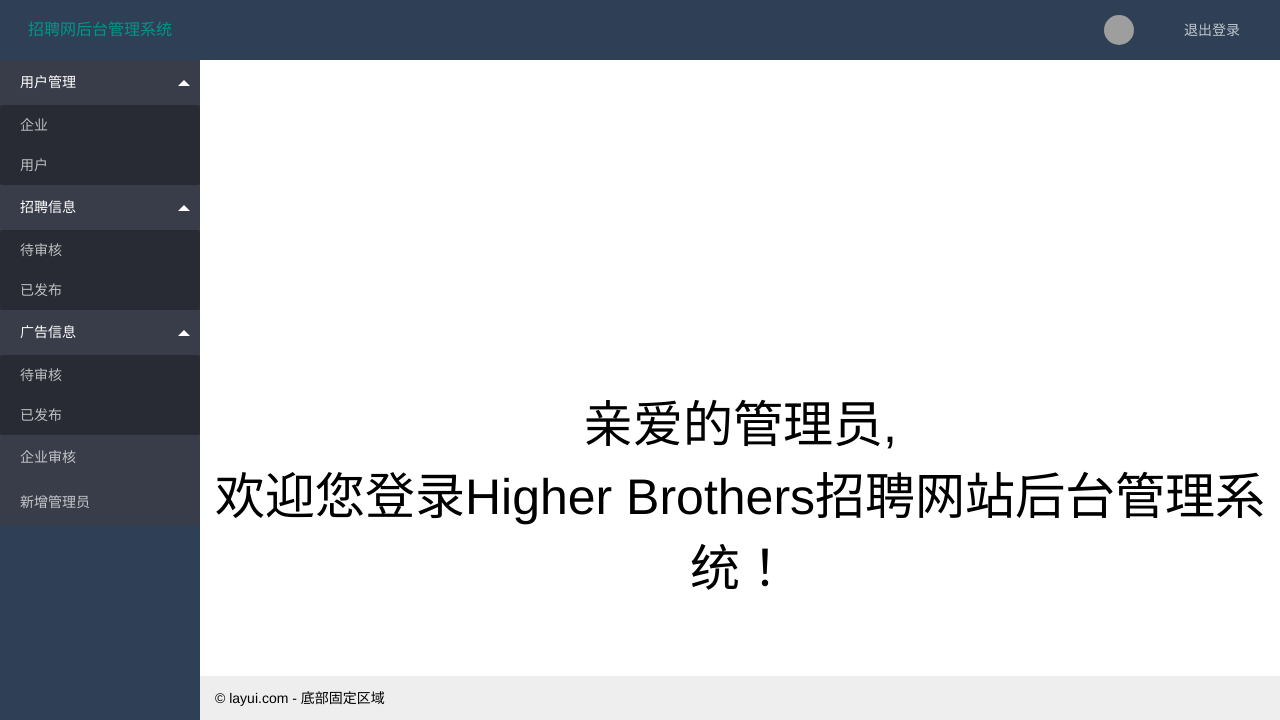
Repository: LongJinhe-coder/java-web-
Page: http://localhost/projectDemo7.30/adminhome.jsp
The author's editor kept a copy of each file at every save. The page is drawn from the files as they stood at one save, then again after the next save.
The browser window is 1280 px wide. The pictures show the whole page.
Pictures or frames that could not be fetched are drawn as grey boxes. The page is served by Tomcat 9. Other server files are loaded and not shown.

Above is the page before, as saved 2020-07-30 01:40:09.

### MyEclipse CI/projectDemo7.30/WebRoot/adminhome.jsp
<%@ page language="java" import="java.util.*" pageEncoding="UTF-8"%>
<%@ page import="com.etc.entity.*" %>
<%
String path = request.getContextPath();
String basePath = request.getScheme()+"://"+request.getServerName()+":"+request.getServerPort()+path+"/";
%>

<!DOCTYPE html HTML PUBLIC "-//W3C//DTD HTML 4.01 Transitional//EN">
<html>
<head>
  <meta charset="utf-8">
  <meta name="viewport" content="width=device-width, initial-scale=1, maximum-scale=1">
  <title>招聘网后台管理</title>
  <link rel="stylesheet" href="layui/css/layui.css">
</head>


<body class="layui-layout-body">
<%
	String loadPageUrl = "index.jsp";
	String adminName = (String)request.getAttribute("adminname");
  if(session.getAttribute("url")!=null){
  loadPageUrl = (String)session.getAttribute("url");
  }
  //if(loadPageUrl.equals("jobSeekers.jsp")){//根据loadPageUrl不同给不同界面传递不同的list
  // List<User> list = (List<User>)request.getAttribute("userlist");
  //}
	PageData pagedata = (PageData)request.getAttribute("pagedata");
  	System.out.println("adminhome-pagedata="+pagedata);
  	String adminname = (String)session.getAttribute("adminname");
 %>
<div class="layui-layout layui-layout-admin">
  <div class="layui-header layui-bg-cyan">
    <div class="layui-logo">招聘网后台管理系统</div>
    <!-- 头部区域（可配合layui已有的水平导航） -->

    <ul class="layui-nav layui-layout-right ">
      <li class="layui-nav-item layui-bg-cyan">
        <a href="javascript:;">
          <img src="http://t.cn/RCzsdCq" class="layui-nav-img">
           ${adminname}
        </a>
      </li>
      <li class="layui-nav-item"><a href="login.jsp">退出登录</a></li>
    </ul>
  </div>

  <div class="layui-side  layui-bg-cyan">
    <div class="layui-side-scroll">
      <!-- 左侧导航区域（可配合layui已有的垂直导航） -->
      <ul class="layui-nav layui-nav-tree"  lay-filter="test">
        <li class="layui-nav-item layui-nav-itemed">
          <a class="" href="javascript:">用户管理</a>
          <dl class="layui-nav-child">
            <dd><a href="javascript:getFirm('firmAccount.jsp');">企业</a></dd>
            <dd><a href="javascript:getUser('userAccount.jsp');">用户</a></dd>
          </dl>
        </li>
        <li class="layui-nav-item layui-nav-itemed">
          <a href="javascript:">招聘信息</a>
          <dl class="layui-nav-child">
            <dd><a href="javascript:checkRecruitment('checkRecruitment.jsp','未审核');">待审核</a></dd>
            <dd><a href="javascript:checkRecruitment('publishedRecruitment.jsp','已发布');">已发布</a></dd>
          </dl>
        </li>
        <li class="layui-nav-item layui-nav-itemed">
          <a href="javascript:;">广告信息</a>
          <dl class="layui-nav-child">
            <dd><a href="javascript:changeUrl('displayFirmResume.jsp');">待审核</a></dd>
            <dd><a href="javascript:;">已发布</a></dd>
          </dl>
        </li>
        <li class="layui-nav-item"><a href="javascript:getFirm('checkFirmRegister.jsp');">企业审核</a></li>
        <li class="layui-nav-item"><a href="javascript:changeUrl('addAdmin.jsp')">新增管理员</a></li>
      </ul>

    </div>
  </div>

  <div class="layui-body">
    <!-- 内容主体区域 -->
 <div style="margin-top: 20px">
 <jsp:include page="<%=loadPageUrl %>" flush="true">
 <jsp:param value="${pagedata}" name="pagedata"/>
 <jsp:param value="${adminname}" name="adminname"/>
 </jsp:include>
 </div>

  </div>

  <div class="layui-footer">
    <!-- 底部固定区域 -->
    © layui.com - 底部固定区域
  </div>
</div>
<script src="layui/layui.js"></script>
<script type="text/javascript">
//JavaScript代码区域
layui.use('element', function(){
  var element = layui.element;

});

function changeUrl(name){

console.log("name=",name);
	location.href="ChangeUrlServlet?url="+name+"";

}
function getUser(url){
	location.href="UserServlet?option=queryByPage&url="+url+"";
}

function getFirm(url){
	location.href="FirmServlet?option=queryByPage&url="+url+"";
}

function checkRecruitment(url,checkStatus){
	location.href="RecruitmentInfo?option=queryByPageAdmin&url="+url+"&checkStatus="+checkStatus+"";
}

</script>
</body>
</html>

### MyEclipse CI/projectDemo7.30/WebRoot/index.jsp
<%@ page language="java" import="java.util.*" pageEncoding="UTF-8"%>
<%
String path = request.getContextPath();
String basePath = request.getScheme()+"://"+request.getServerName()+":"+request.getServerPort()+path+"/";
%>

<!DOCTYPE HTML PUBLIC "-//W3C//DTD HTML 4.01 Transitional//EN">
<html>
  <head>
  <meta charset="utf-8">
  <title>Layui</title>
  <meta name="renderer" content="webkit">
  <meta http-equiv="X-UA-Compatible" content="IE=edge,chrome=1">
  <meta name="viewport" content="width=device-width, initial-scale=1, maximum-scale=1">
  <link rel="stylesheet" href="layui/css/layui.css"  media="all">
  <!-- 注意：如果你直接复制所有代码到本地，上述css路径需要改成你本地的 -->
</head>

  <body>

  <center><div style="font-size: 50px;margin-top: 30%">亲爱的管理员<font size="30px" color="green">${adminname}</font>,</br>欢迎您登录Higher Brothers招聘网站后台管理系统！</div></center>
  </body>

</html>

Loaded but not shown: MyEclipse CI/projectDemo7.30/WebRoot/layui/css/layui.css (library); MyEclipse CI/projectDemo7.30/WebRoot/layui/layui.js (library); MyEclipse CI/projectDemo7.30/WebRoot/layui/lay/modules/element.js (library); MyEclipse CI/projectDemo7.30/WebRoot/layui/lay/modules/jquery.js (library)

After the next save:
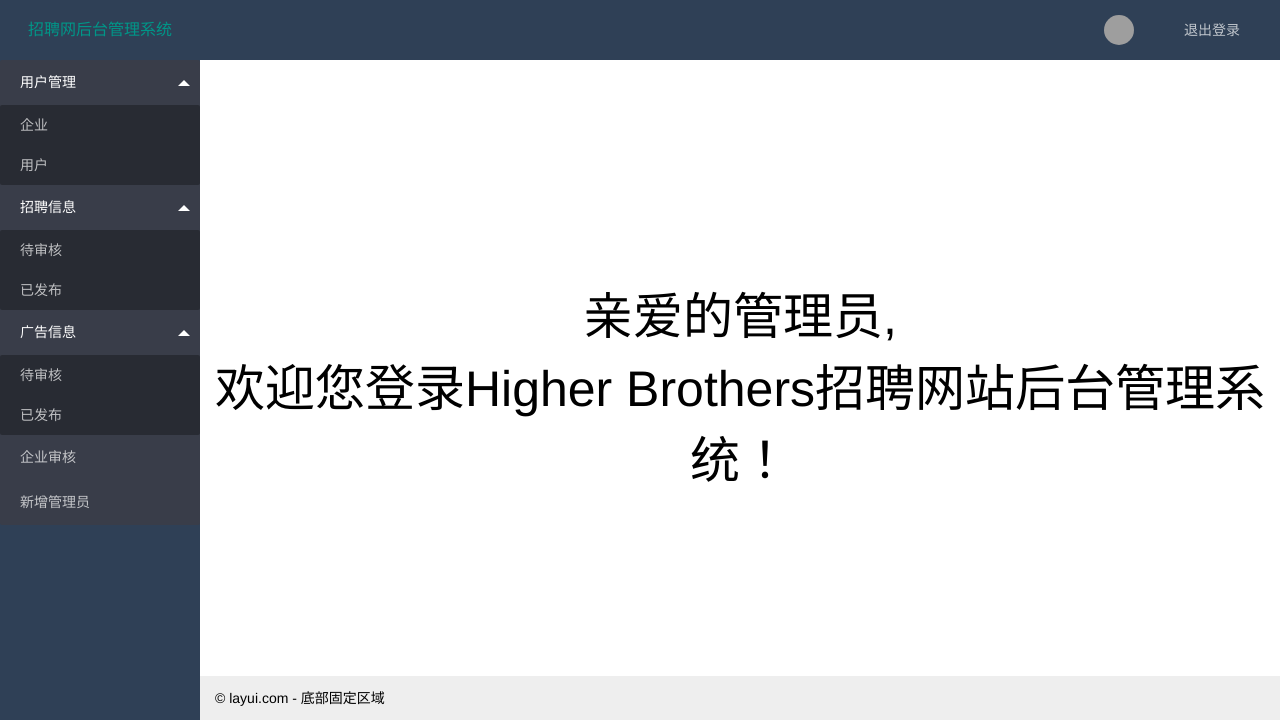
Saved 9 s later.
--- a/MyEclipse CI/projectDemo7.30/WebRoot/index.jsp
+++ b/MyEclipse CI/projectDemo7.30/WebRoot/index.jsp
@@ -18,7 +18,7 @@ String basePath = request.getScheme()+"://"+request.getServerName()+":"+request.
 
   <body>
 
-  <center><div style="font-size: 50px;margin-top: 30%">亲爱的管理员<font size="30px" color="green">${adminname}</font>,</br>欢迎您登录Higher Brothers招聘网站后台管理系统！</div></center>
+  <center><div style="font-size: 50px;margin-top: 20%">亲爱的管理员<font size="30px" color="green">${adminname}</font>,</br>欢迎您登录Higher Brothers招聘网站后台管理系统！</div></center>
   </body>
 
 </html>
